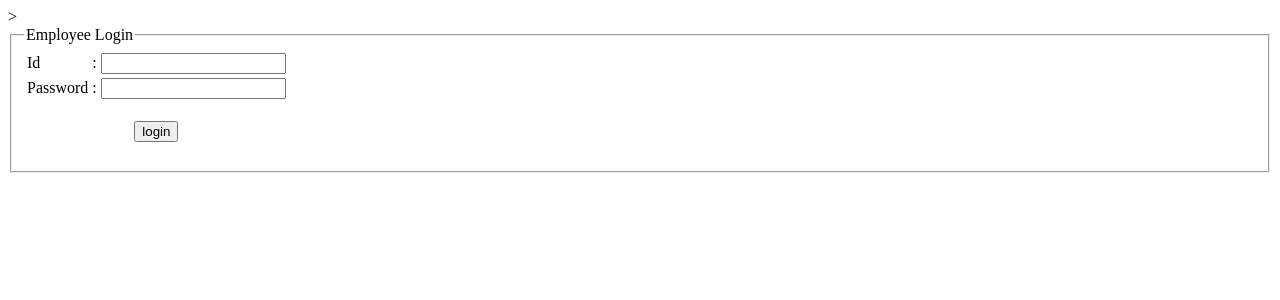
Repository: sunilbiradar179/TY_CG_HTD_BangaloreNovember_JFS_SunilBiradar
Page: http://localhost/mywebapp/loginForm
The author's editor kept a copy of each file at every save. The page is drawn from the files as they stood at one save, then again after the next save.
The browser window is 1280 px wide. The pictures show the whole page.
The page is served by Tomcat 9. Other server files are loaded and not shown.

Above is the page before, as saved 2019-12-17 13:12:00.

### Back End/Servlets/mywebapp/src/main/webapp/loginFormJsp.jsp
<%@ page language="java" contentType="text/html; charset=ISO-8859-1"
    pageEncoding="ISO-8859-1"%>

 <%String msg=(String) request.getAttribute("msg"); %>>


<!DOCTYPE html PUBLIC "-//W3C//DTD HTML 4.01 Transitional//EN" "http://www.w3.org/TR/html4/loose.dtd">
<html>
<head>
<meta http-equiv="Content-Type" content="text/html; charset=ISO-8859-1">
<title>Insert title here</title>
</head>
<body>
<fieldset>
		<legend>Employee Login</legend>

		<form action="./login2" method="post">
		<table>
			<tr>
				<td>Id</td>
				<td>:</td>
				<td><input type="number" name="empId" required>
			</tr>

			<tr>
				<td>Password</td>
				<td>:</td>
				<td><input type="password" name="password" required>
			</tr>

			<tr>
				<td colspan="3" align="center"><br> <input type="submit"
					value="login"></td>

			</tr>

		</table>
		</form>
	</fieldset>
</body>
</html>

After the next save:
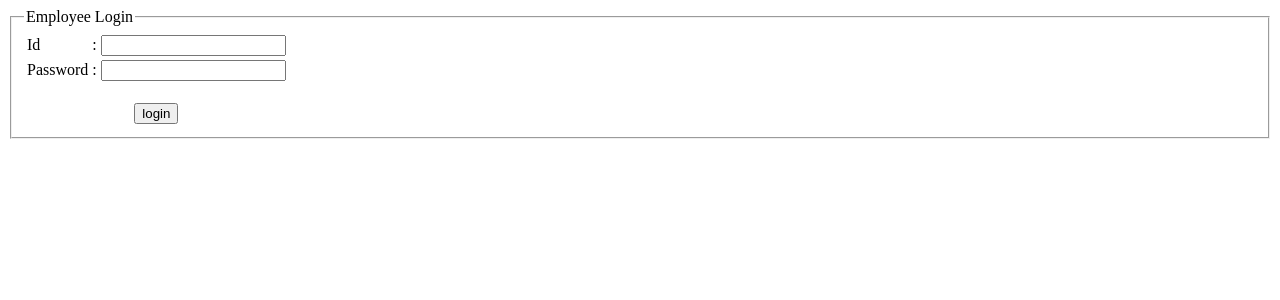
Saved 16 s later.
--- a/Back End/Servlets/mywebapp/src/main/webapp/loginFormJsp.jsp
+++ b/Back End/Servlets/mywebapp/src/main/webapp/loginFormJsp.jsp
@@ -1,7 +1,7 @@
 <%@ page language="java" contentType="text/html; charset=ISO-8859-1"
     pageEncoding="ISO-8859-1"%>
 
- <%String msg=(String) request.getAttribute("msg"); %>>
+ <%String msg=(String) request.getAttribute("msg"); %>
 
 
 <!DOCTYPE html PUBLIC "-//W3C//DTD HTML 4.01 Transitional//EN" "http://www.w3.org/TR/html4/loose.dtd">
